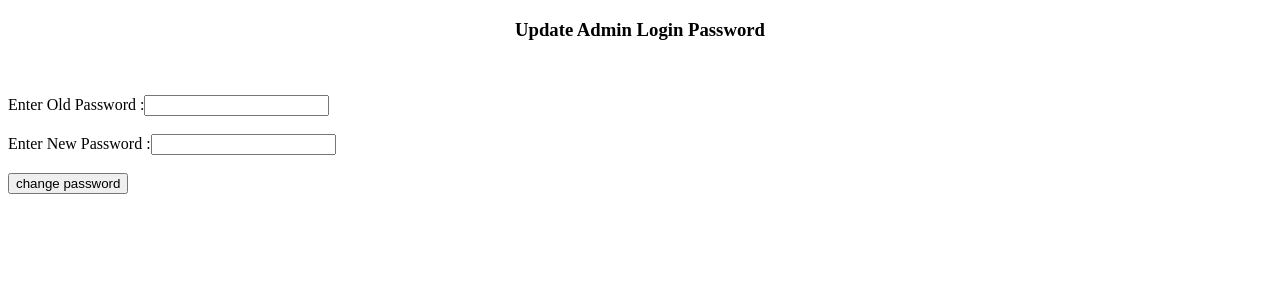
Repository: nihargowda/phase2project
Page: http://localhost/AirAway/updatepassword.jsp
The author's editor kept a copy of each file at every save. The page is drawn from the files as they stood at one save, then again after the next save.
The browser window is 1280 px wide. The pictures show the whole page.
The page is served by Tomcat 9. Nobody is signed in. The application's start-up code is not run.

Above is the page before, as saved 2020-11-19 14:29:05.

After the next save:
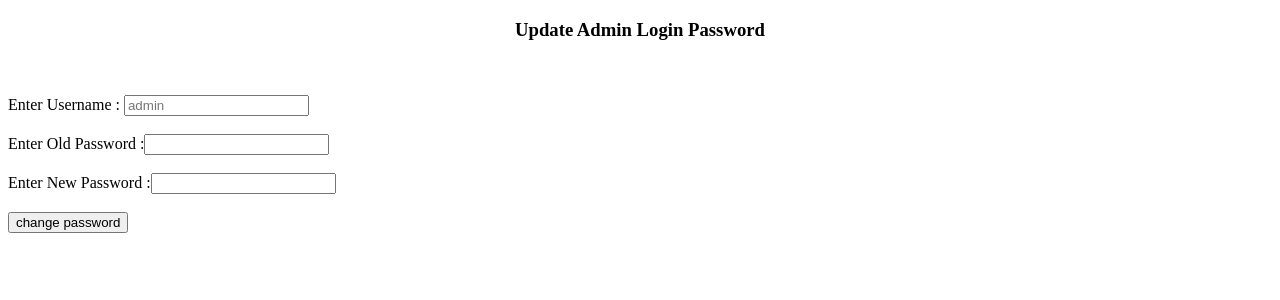
Saved 6 min 16 s later.
--- a/AirAway/src/main/webapp/updatepassword.jsp
+++ b/AirAway/src/main/webapp/updatepassword.jsp
@@ -9,7 +9,7 @@
 <body>
 <h3><center>Update Admin Login Password</center></h3><br><br>
 <form action="/AirAway/AdminUpdate" method= "post">
-
+Enter Username : <input type= "text" name="username" placeholder="admin"><br><br>
 Enter Old Password :<input type= "password" name="oldpassword"><br><br>
 Enter New Password :<input type= "password" name= "newpassword"><br><br>
 <input type= "submit" value="change password" >
